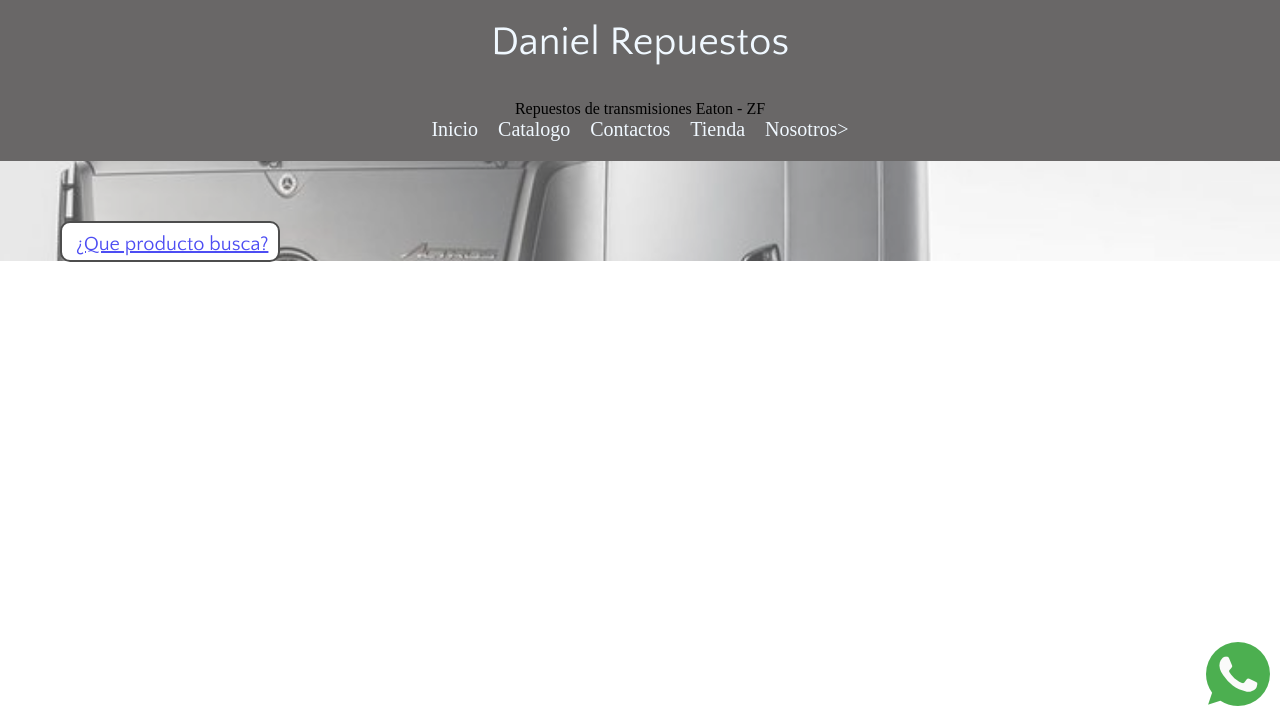
Repository: minesterani/proyecto-caja
Page: pages/nosotros.html
The author's editor kept a copy of each file at every save. The page is drawn from the files as they stood at one save, then again after the next save.
The browser window is 1280 px wide. The pictures show the whole page.

Above is the page before, as saved 2024-10-02 08:54:25.

After the next save:
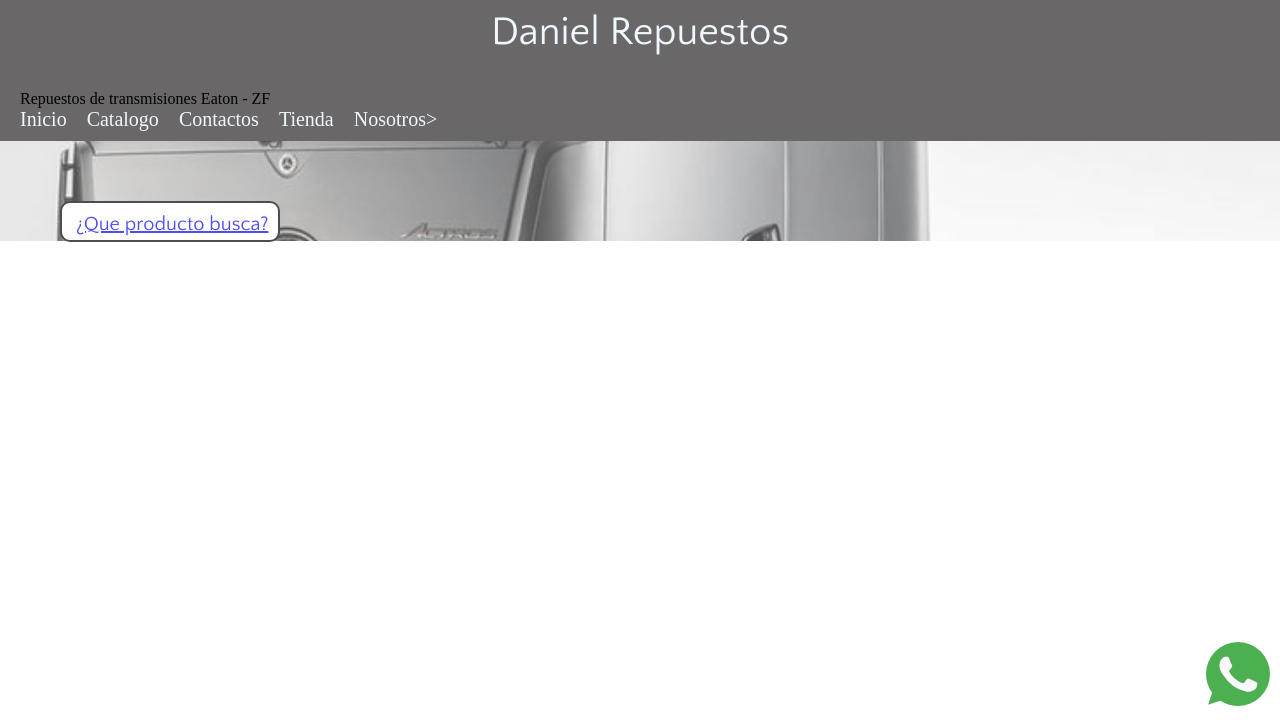
Saved 7 min 12 s later.
--- a/css/style.css
+++ b/css/style.css
@@ -38,8 +38,8 @@
     flex-direction: column;
     background-color: rgb(105, 103, 103);
     justify-content: center;
-    align-items: center;
-    padding: 20px;
+    align-items: flex-start;
+    padding: 10px 20px;
     position: sticky;
     top: 0;
     text-align: center;
